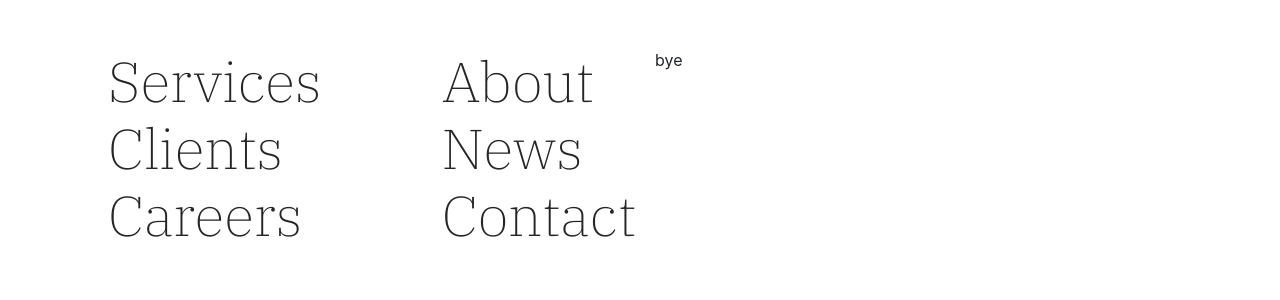
Repository: DeepaPrasanna/UenoClone
Page: /
An editor plug-in stored every save of this project. The page is shown before and after the next save, followed by the edit.
The browser window is 1280 px wide. The pictures show the whole page.
The project was rebuilt for these pictures with package versions that can differ from the ones it lists, and the page was loaded fresh each time. Also part of the build but not shown: src/components/Layout/Header.js.

Above is the page before, as saved 2021-05-04 12:49:24.

### public/index.html
<!DOCTYPE html>
<html lang="en">
  <head>
    <meta charset="utf-8" />
    <link rel="icon" href="%PUBLIC_URL%/favicon.ico" />
    <meta name="viewport" content="width=device-width, initial-scale=1" />
    <meta name="theme-color" content="#000000" />
    <meta name="description" content="Web site created using create-react-app" />
    <link rel="apple-touch-icon" href="%PUBLIC_URL%/logo192.png" />
    <!--
      manifest.json provides metadata used when your web app is installed on a
      user's mobile device or desktop. See https://developers.google.com/web/fundamentals/web-app-manifest/
    -->
    <link rel="manifest" href="%PUBLIC_URL%/manifest.json" />
    <!-- Bootstrap -->
    <link
      rel="stylesheet"
      href="https://cdn.jsdelivr.net/npm/bootstrap@4.6.0/dist/css/bootstrap.min.css"
      integrity="sha384-B0vP5xmATw1+K9KRQjQERJvTumQW0nPEzvF6L/Z6nronJ3oUOFUFpCjEUQouq2+l"
      crossorigin="anonymous"
    />
    <!-- font awesome -->
    <link
      rel="stylesheet"
      href="https://cdnjs.cloudflare.com/ajax/libs/font-awesome/5.15.3/css/all.min.css"
      integrity="sha512-iBBXm8fW90+nuLcSKlbmrPcLa0OT92xO1BIsZ+ywDWZCvqsWgccV3gFoRBv0z+8dLJgyAHIhR35VZc2oM/gI1w=="
      crossorigin="anonymous"
    />
    <!--
      Notice the use of %PUBLIC_URL% in the tags above.
      It will be replaced with the URL of the `public` folder during the build.
      Only files inside the `public` folder can be referenced from the HTML.

      Unlike "/favicon.ico" or "favicon.ico", "%PUBLIC_URL%/favicon.ico" will
      work correctly both with client-side routing and a non-root public URL.
      Learn how to configure a non-root public URL by running `npm run build`.
    -->
    <title>React App</title>
  </head>
  <body>
    <noscript>You need to enable JavaScript to run this app.</noscript>
    <div id="root"></div>
    <!--
      This HTML file is a template.
      If you open it directly in the browser, you will see an empty page.

      You can add webfonts, meta tags, or analytics to this file.
      The build step will place the bundled scripts into the <body> tag.

      To begin the development, run `npm start` or `yarn start`.
      To create a production bundle, use `npm run build` or `yarn build`.
    -->
  </body>
</html>

### src/index.js
import React from "react";
import ReactDOM from "react-dom";
import "./index.css";
import App from "./App";
import reportWebVitals from "./reportWebVitals";
import "bootstrap/dist/css/bootstrap.min.css";

ReactDOM.render(<App />, document.getElementById("root"));

// If you want to start measuring performance in your app, pass a function
// to log results (for example: reportWebVitals(console.log))
// or send to an analytics endpoint. Learn more: https://bit.ly/CRA-vitals
reportWebVitals();

### src/index.css
@import url("https://fonts.googleapis.com/css2?family=IBM+Plex+Serif:wght@200&display=swap");

.contact-button {
  background-color: #cf3f74 !important;
}

.screen-first-column {
  font-family: "IBM Plex Serif", serif;
  font-size: 56px;
  line-height: 67px;
  font-weight: 200px;
}
.screen-links {
  color: #252525;
  padding: 0px 60px !important;

}
.nav-link:hover {
  color: #252525;
}
.screen-links::before{
  transform: translate(103%, 0px);

}

### src/App.js
import { Container } from "react-bootstrap";

import MainLayout from "./components/Layout/MainLayout";

function App() {
  return (
    <div className="App">
      <MainLayout />
    </div>
  );
}

export default App;

### src/components/Layout/MainLayout.js
import React from "react";

import Header from "./Header";
import Screen from "./Screen";

const MainLayout = () => {
  return (
    <div>
      {/* <Header /> */}
      <Screen />
    </div>
  );
};

export default MainLayout;

### src/components/Layout/Screen.js
import React from "react";

import { Container, Row, Col, Nav } from "react-bootstrap";

const Screen = () => {
  return (
    <Container fluid className="p-5">
      <Row>
        <Col sm={6} className="d-flex flex-md-row screen-first-column">
          <Nav className="flex-column">
            <Nav.Link href="#" className="screen-links">
              Services
            </Nav.Link>
            <Nav.Link href="#" className="screen-links">
              Clients
            </Nav.Link>
            <Nav.Link href="#" className="screen-links">
              Careers
            </Nav.Link>
          </Nav>
          <Nav className="flex-column">
            <Nav.Link href="#" className="screen-links">
              About
            </Nav.Link>
            <Nav.Link href="#" className="screen-links">
              News
            </Nav.Link>

            <Nav.Link href="#" className="screen-links">
              Contact
            </Nav.Link>
          </Nav>
        </Col>
        <Col sm={6}>bye</Col>
      </Row>
    </Container>
  );
};

export default Screen;

Loaded but not shown: src/reportWebVitals.js (common file)

After the next save:
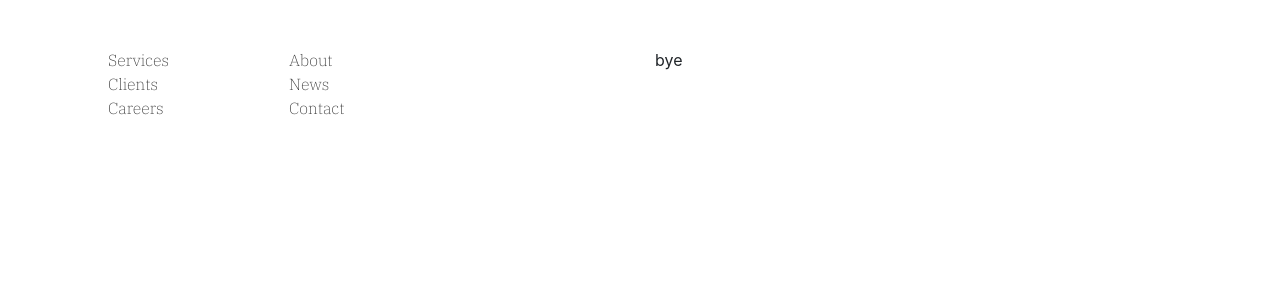
Saved 7 min 10 s later.
--- a/src/index.css
+++ b/src/index.css
@@ -5,10 +5,11 @@
 }
 
 .screen-first-column {
-  font-family: "IBM Plex Serif", serif;
+  /* font-family: "IBM Plex Serif", serif;
   font-size: 56px;
   line-height: 67px;
-  font-weight: 200px;
+  font-weight: 200px; */
+  font-family: "IBM Plex Serif"; font-style: normal; font-weight: 200; src: url("https://fonts.gstatic.com/s/ibmplexserif/v9")
 }
 .screen-links {
   color: #252525;

After the save that followed:
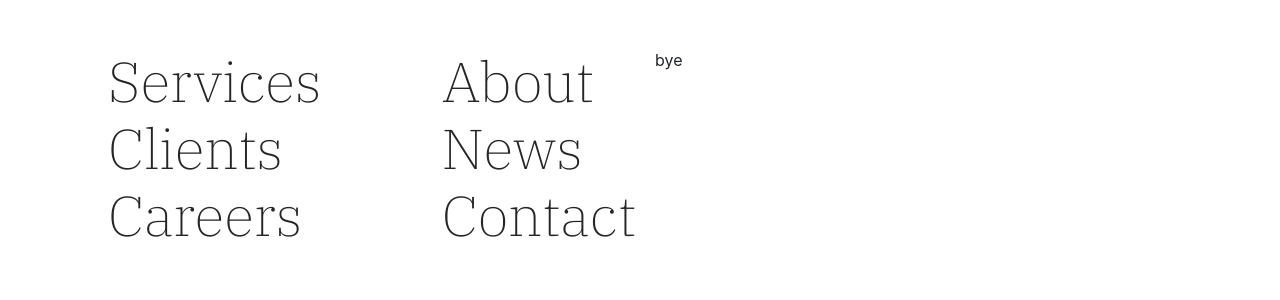
Saved 26 s later.
--- a/src/index.css
+++ b/src/index.css
@@ -5,10 +5,10 @@
 }
 
 .screen-first-column {
-  /* font-family: "IBM Plex Serif", serif;
+  /* font-family: "IBM Plex Serif", serif; */
   font-size: 56px;
   line-height: 67px;
-  font-weight: 200px; */
+  /* font-weight: 200px; */
   font-family: "IBM Plex Serif"; font-style: normal; font-weight: 200; src: url("https://fonts.gstatic.com/s/ibmplexserif/v9")
 }
 .screen-links {
